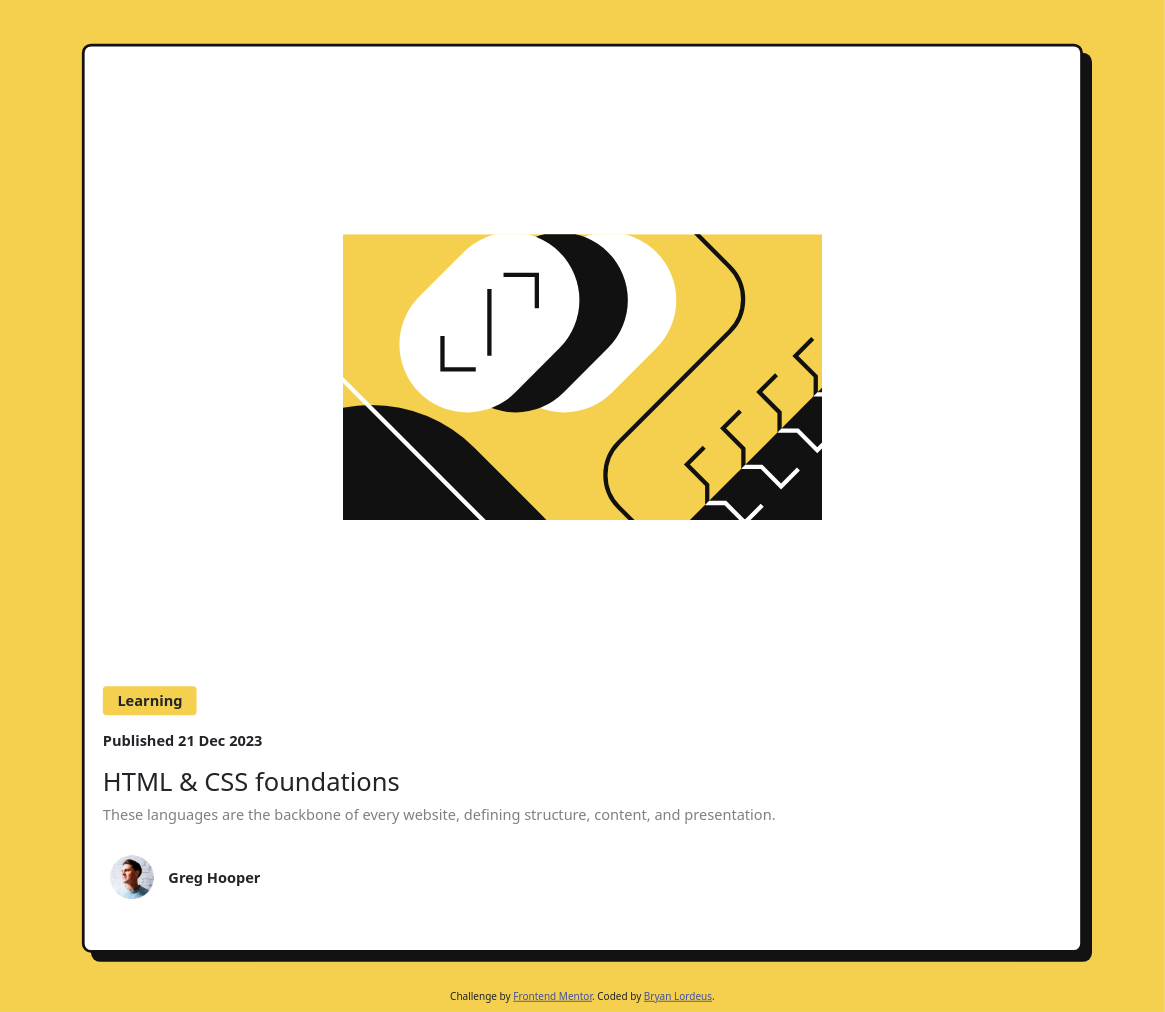
Repository: blordeus/blog-preview-card
Page: index.html
An editor plug-in stored every save of this project. The page is shown before and after the next save, followed by the edit.
The browser window is 1280 px wide. The pictures show the whole page, at 91% of full size.
The style sheet was rebuilt from its Sass, Less or Tailwind sources for each picture, by a compiler version that may differ from the author's.

Above is the page before, as saved 2024-02-10 10:51:41.

After the next save:
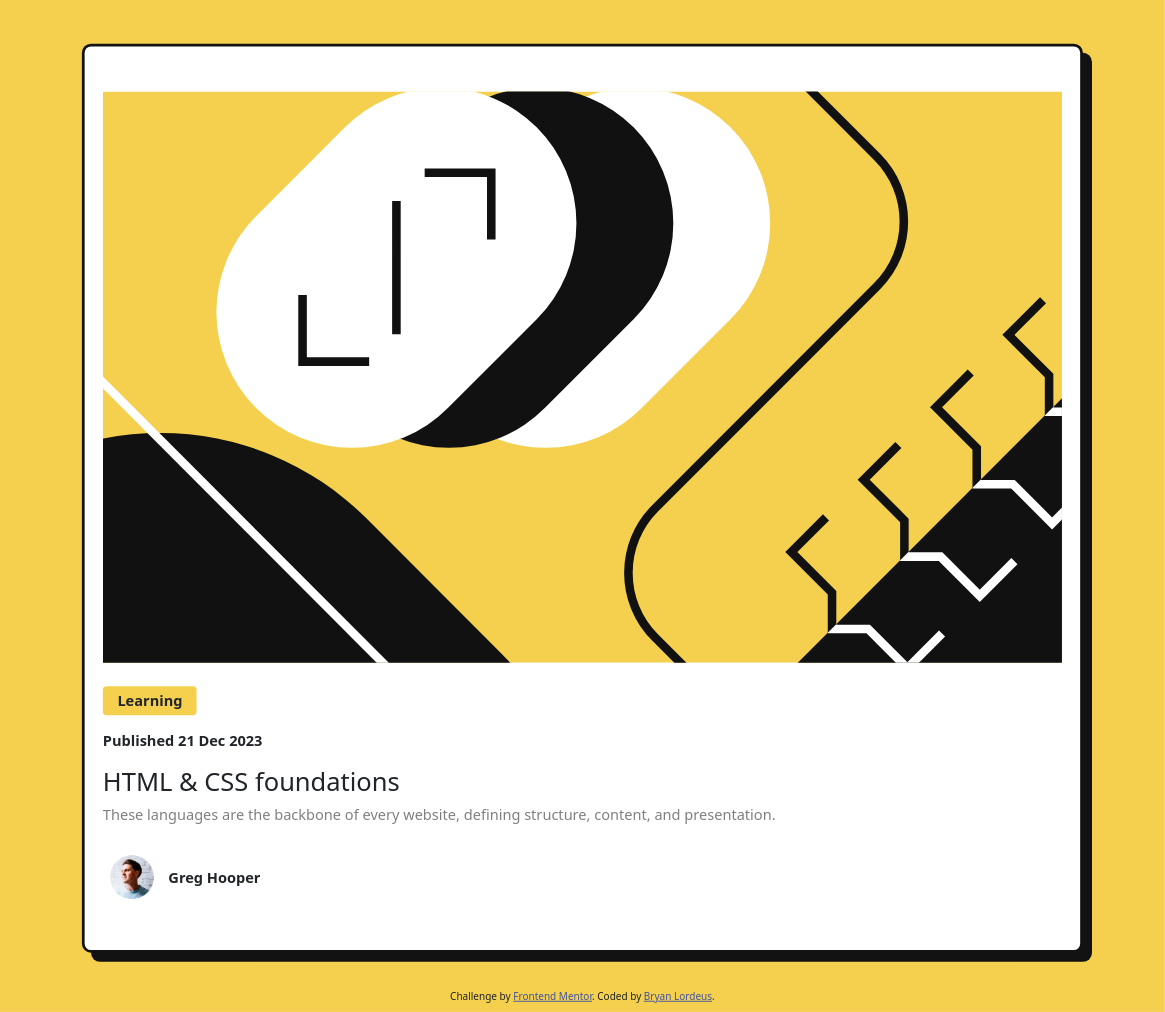
Saved 18 s later.
--- a/style.scss
+++ b/style.scss
@@ -81,8 +81,7 @@ p {
 
     .img-header {
         max-width: 100%;
-        //scale down to 0.5
-        scale: 0.5;
+
     }
 
 }
